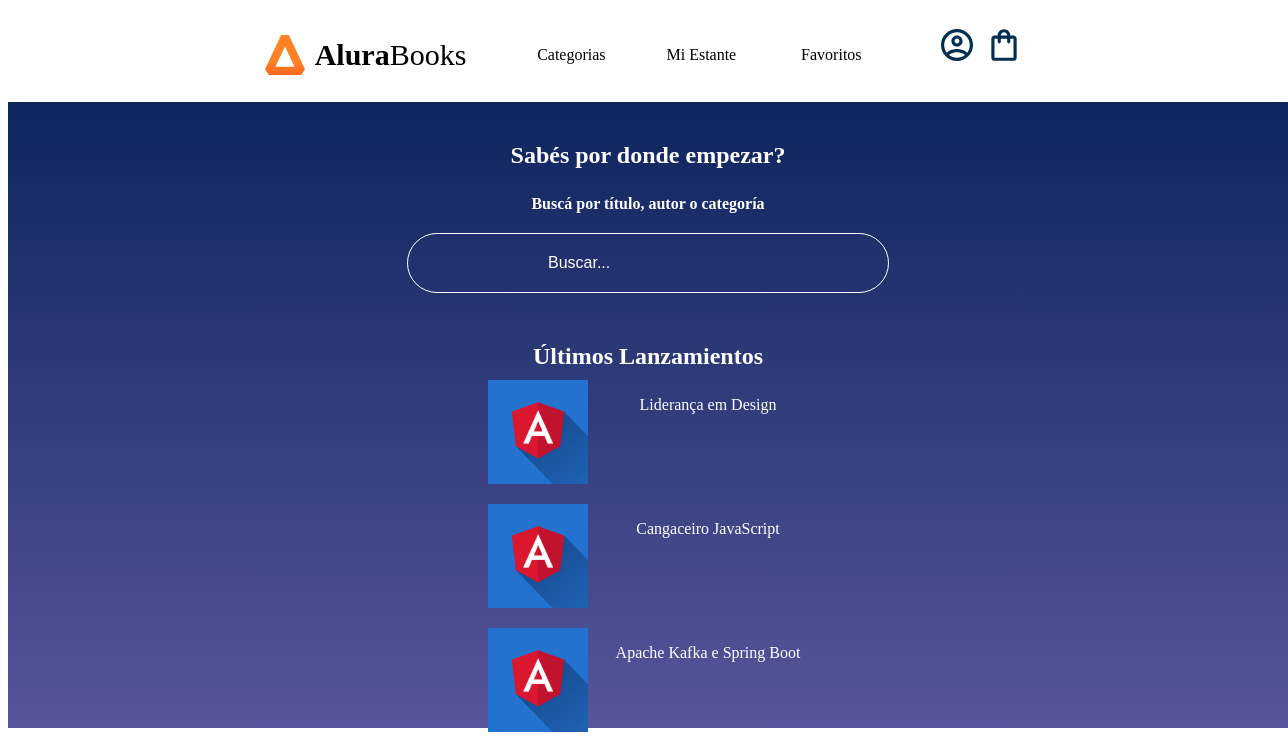
Repository: SandroG1977/Alura.Books
Page: /
The author's editor kept a copy of each file at every save. The page is drawn from the files as they stood at one save, then again after a run of saves.
The browser window is 1280 px wide. The page is 1288 px wide, so the pictures cover 1288 px, including what lies to the right of the window. The pictures show the whole page.
The project was rebuilt for these pictures with package versions that can differ from the ones it lists, and the page was loaded fresh each time.

Above is the page before, as saved 2026-04-09 17:24:25.

After the next 2 saves:
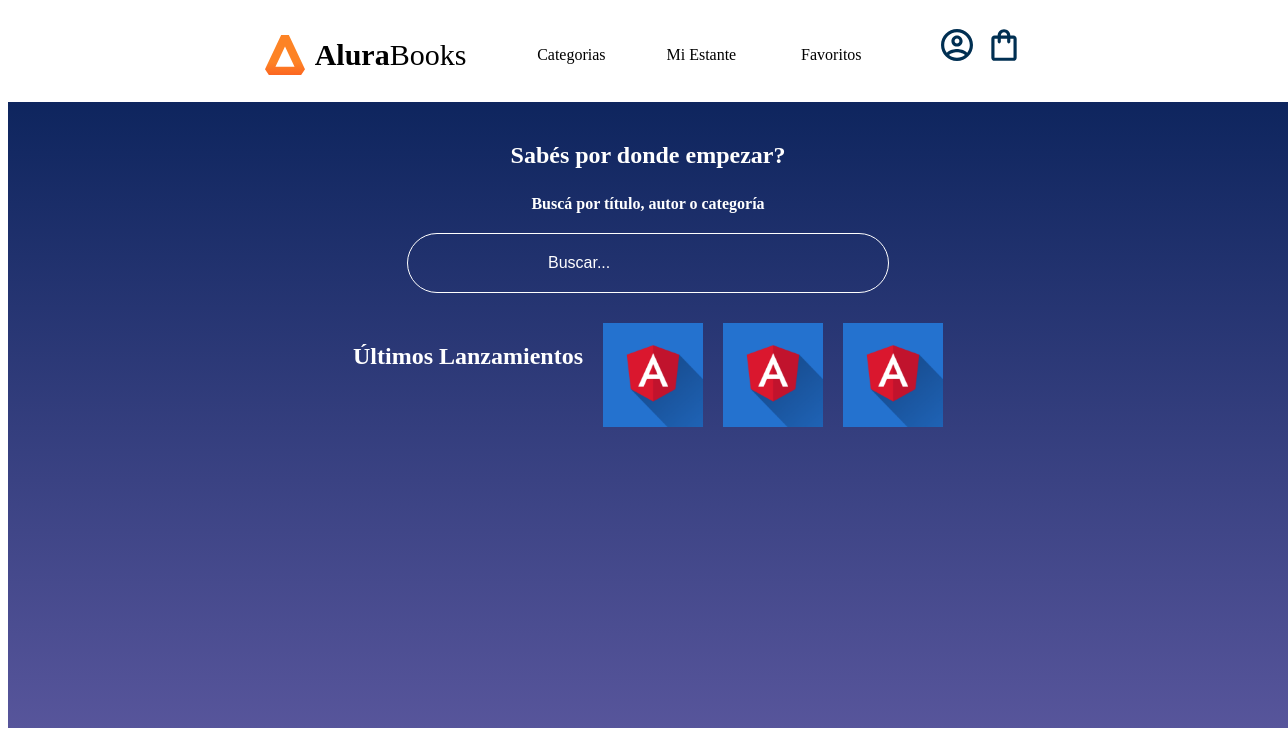
The 2 saves are shown as one change because 1 did not build or start.
The last was saved 42 s later.
--- a/src/components/UltimoLanzamientos/index.js
+++ b/src/components/UltimoLanzamientos/index.js
@@ -15,7 +15,7 @@
     text-align: center;
 `;
 
-const LibroContainer = styled.div`
+const LibroContainer = styled.section`
     display: flex;
     justify-content: center;
     align-items: flex-start;
@@ -32,17 +32,15 @@
 
 function UltimosLanzamientos() {
     return (
-        <section>
+        <LibroContainer>
             <Titulo>Últimos Lanzamientos</Titulo>
             {livros.map(livro => {
                 return (
-                    <LibroContainer key={livro.id}>
-                        <img src={livro.src} alt={livro.nome} />
-                        <p>{livro.nome}</p>
-                    </LibroContainer>
+                    <img src={livro.src} alt={livro.nome} />
+
                 );
             })}
-        </section>
+        </LibroContainer>
     );
 }
 
